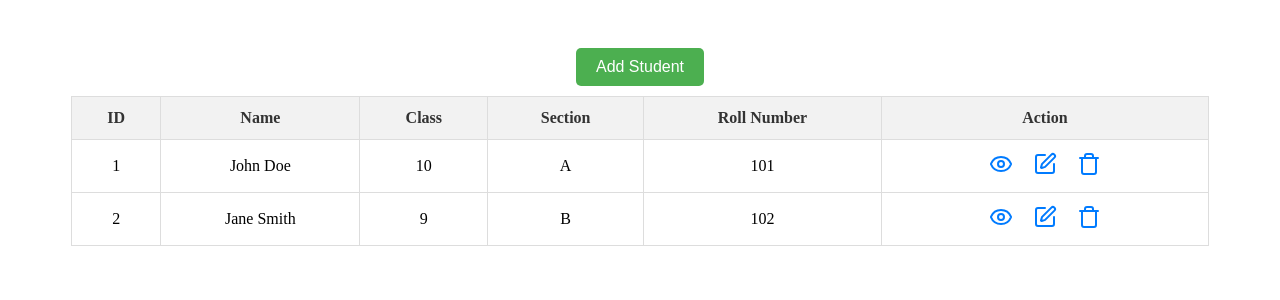
Repository: sharmisthak16/Student-Assignment
Page: /StudentTable (app in my-project/)
The author's editor kept a copy of each file at every save. The page is drawn from the files as they stood at one save, then again after the next save.
The browser window is 1280 px wide. The pictures show the whole page.
The project was rebuilt for these pictures with package versions that can differ from the ones it lists, and the page was loaded fresh each time. Also part of the build but not shown: my-project/vite.config.js, my-project/src/components/firebase.js, my-project/src/components/LoginForm.css, my-project/src/components/LoginForm.jsx, my-project/src/components/Dashboard.jsx, my-project/src/components/HomeButtons.css, my-project/src/components/HomeButtons.jsx, my-project/src/Pages/Home.jsx.

Above is the page before, as saved 2025-01-30 20:25:46.

### my-project/index.html
<!doctype html>
<html lang="en">
  <head>
    <meta charset="UTF-8" />

    <meta name="viewport" content="width=device-width, initial-scale=1.0" />
    <title>Assignment</title>
  </head>
  <body>
    <div id="root"></div>
    <script type="module" src="/src/main.jsx"></script>
  </body>
</html>

### my-project/src/App.jsx
import React from 'react';
import { BrowserRouter as Router, Route, Routes } from 'react-router-dom'; // Use Routes instead of Switch
import LoginForm from './components/LoginForm';
import Dashboard from './components/Dashboard'; // Create this component for the dashboard page
import Home from './Pages/Home';
import StudentTable from './components/StudentTable';

function App() {
  return (
    <Router>
      <Routes>
      <Route path='/' element={<Home/>} />
        <Route path="/LoginForm" element={<LoginForm />} /> {/* Use element instead of component */}
        <Route path="/dashboard" element={<Dashboard />} /> {/* Use element instead of component */}
       <Route path="/StudentTable" element={<StudentTable />}  />
      </Routes>
    </Router>
  );
}

export default App;

### my-project/src/components/StudentTable.jsx
import React, { useState } from "react";
import { Eye, Edit, Trash } from "lucide-react"; // You need to install lucide-react for icons
import "./StudentTable.css";

const StudentTable = () => {
  const [students, setStudents] = useState([
    { id: 1, name: "John Doe", class: "10", section: "A", rollNumber: "101" },
    { id: 2, name: "Jane Smith", class: "9", section: "B", rollNumber: "102" },
  ]);

  const addStudent = () => {
    const newStudent = {
      id: students.length + 1,
      name: "New Student",
      class: "-",
      section: "-",
      rollNumber: "-",
    };
    setStudents([...students, newStudent]);
  };

  const deleteStudent = (id) => {
    setStudents(students.filter((student) => student.id !== id));
  };

  return (
    <div className="student-table-container">
      <button className="add-student-btn" onClick={addStudent}>
        Add Student
      </button>
      <table className="student-table">
        <thead>
          <tr>
            <th>ID</th>
            <th>Name</th>
            <th>Class</th>
            <th>Section</th>
            <th>Roll Number</th>
            <th>Action</th>
          </tr>
        </thead>
        <tbody>
          {students.map((student) => (
            <tr key={student.id}>
              <td>{student.id}</td>
              <td>{student.name}</td>
              <td>{student.class}</td>
              <td>{student.section}</td>
              <td>{student.rollNumber}</td>
              <td>
                <Eye className="action-icon" />
                <Edit className="action-icon" />
                <Trash
                  className="action-icon"
                  onClick={() => deleteStudent(student.id)}
                />
              </td>
            </tr>
          ))}
        </tbody>
      </table>
    </div>
  );
};

export default StudentTable;

### my-project/src/components/StudentTable.css
.student-table-container {
  width: 90%;
  max-width: 1200px;
  margin: 0 auto;
  padding: 20px;
  text-align: center; /* Center the button */
}

.add-student-btn {
  padding: 10px 20px;
  background-color: #4CAF50;
  color: white;
  border: none;
  border-radius: 5px;
  cursor: pointer;
  margin-top: 20px; /* Added margin-top to give some space between the table and button */
  font-size: 1rem;
}

.add-student-btn:hover {
  background-color: #45a049;
}

.student-table {
  width: 100%;
  border-collapse: collapse;
  margin-top: 10px;
}

.student-table th,
.student-table td {
  padding: 12px;
  text-align: center;
  border: 1px solid #ddd;
}

.student-table th {
  background-color: #f2f2f2;
  color: #333;
}

.student-table tbody tr:hover {
  background-color: #f1f1f1;
}

.action-icon {
  margin: 0 10px;
  cursor: pointer;
  color: #007bff;
}

.action-icon:hover {
  color: #0056b3;
}

@media (max-width: 768px) {
  .student-table th,
  .student-table td {
    padding: 8px;
  }

  .student-table {
    font-size: 0.9rem;
  }

  .action-icon {
    margin: 0 5px;
  }

  .student-table-container {
    padding: 10px;
  }
}

Loaded but not shown: my-project/src/main.jsx (common file); my-project/src/index.css (common file)

After the next save:
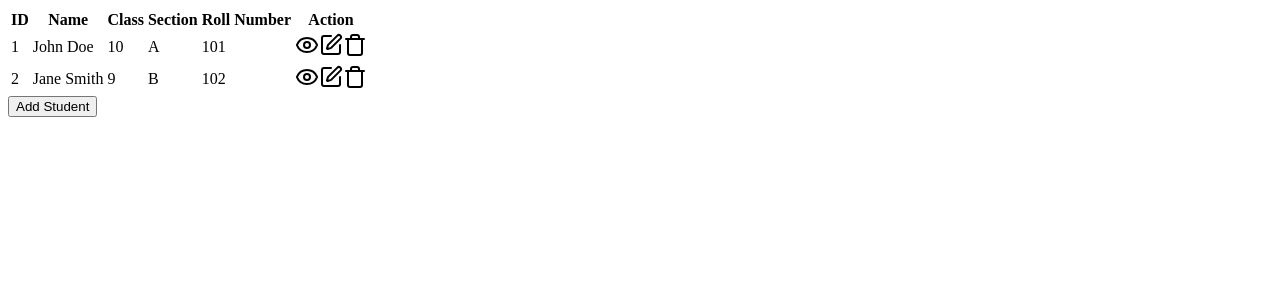
Saved 23 s later.
--- a/my-project/src/components/StudentTable.jsx
+++ b/my-project/src/components/StudentTable.jsx
@@ -1,20 +1,19 @@
-import React, { useState } from "react";
-import { Eye, Edit, Trash } from "lucide-react"; // You need to install lucide-react for icons
-import "./StudentTable.css";
+import React, { useState } from 'react';
+import { Eye, Edit, Trash } from 'lucide-react';
 
 const StudentTable = () => {
   const [students, setStudents] = useState([
-    { id: 1, name: "John Doe", class: "10", section: "A", rollNumber: "101" },
-    { id: 2, name: "Jane Smith", class: "9", section: "B", rollNumber: "102" },
+    { id: 1, name: 'John Doe', class: '10', section: 'A', rollNumber: '101' },
+    { id: 2, name: 'Jane Smith', class: '9', section: 'B', rollNumber: '102' },
   ]);
 
   const addStudent = () => {
     const newStudent = {
       id: students.length + 1,
-      name: "New Student",
-      class: "-",
-      section: "-",
-      rollNumber: "-",
+      name: 'New Student',
+      class: '-',
+      section: '-',
+      rollNumber: '-',
     };
     setStudents([...students, newStudent]);
   };
@@ -25,9 +24,6 @@
 
   return (
     <div className="student-table-container">
-      <button className="add-student-btn" onClick={addStudent}>
-        Add Student
-      </button>
       <table className="student-table">
         <thead>
           <tr>
@@ -59,6 +55,11 @@
           ))}
         </tbody>
       </table>
+
+      {/* Button placed below the table */}
+      <button className="add-student-btn" onClick={addStudent}>
+        Add Student
+      </button>
     </div>
   );
 };

After the 3 saves that followed:
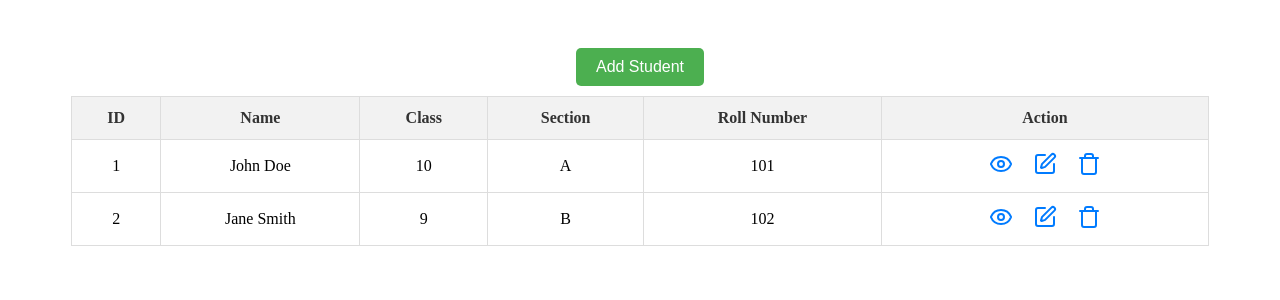
The 3 saves are shown as one change because 1 left the picture as it was and some came seconds apart.
The last was saved 52 s later.
--- a/my-project/src/components/StudentTable.jsx
+++ b/my-project/src/components/StudentTable.jsx
@@ -1,19 +1,20 @@
-import React, { useState } from 'react';
-import { Eye, Edit, Trash } from 'lucide-react';
+import React, { useState } from "react";
+import { Eye, Edit, Trash } from "lucide-react"; // You need to install lucide-react for icons
+import "./StudentTable.css";
 
 const StudentTable = () => {
   const [students, setStudents] = useState([
-    { id: 1, name: 'John Doe', class: '10', section: 'A', rollNumber: '101' },
-    { id: 2, name: 'Jane Smith', class: '9', section: 'B', rollNumber: '102' },
+    { id: 1, name: "John Doe", class: "10", section: "A", rollNumber: "101" },
+    { id: 2, name: "Jane Smith", class: "9", section: "B", rollNumber: "102" },
   ]);
 
   const addStudent = () => {
     const newStudent = {
       id: students.length + 1,
-      name: 'New Student',
-      class: '-',
-      section: '-',
-      rollNumber: '-',
+      name: "New Student",
+      class: "-",
+      section: "-",
+      rollNumber: "-",
     };
     setStudents([...students, newStudent]);
   };
@@ -24,6 +25,9 @@
 
   return (
     <div className="student-table-container">
+      <button className="add-student-btn" onClick={addStudent}>
+        Add Student
+      </button>
       <table className="student-table">
         <thead>
           <tr>
@@ -55,11 +59,6 @@
           ))}
         </tbody>
       </table>
-
-      {/* Button placed below the table */}
-      <button className="add-student-btn" onClick={addStudent}>
-        Add Student
-      </button>
     </div>
   );
 };
